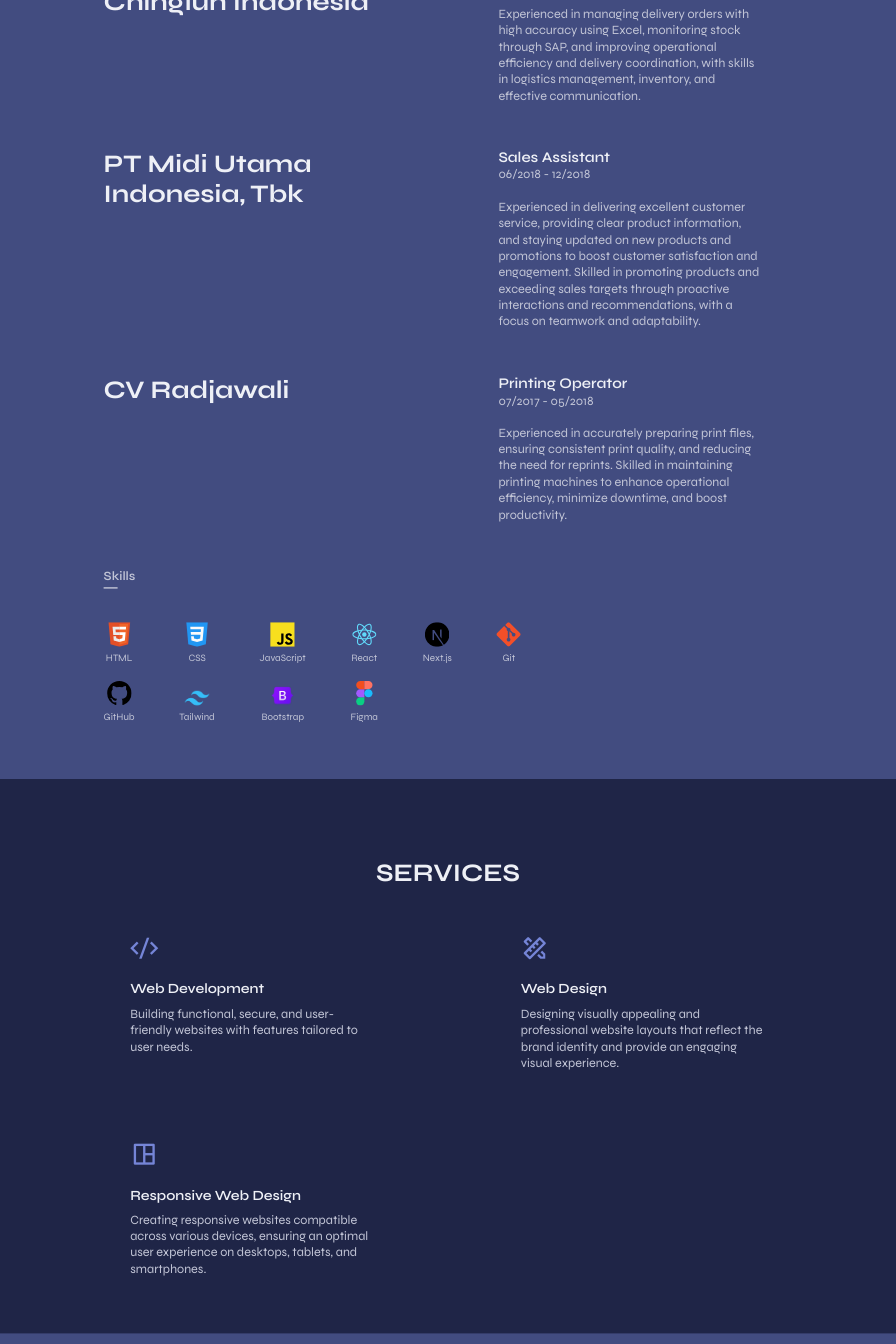
Repository: Ademaulana100499/amgrowth
Page: /
The author's editor kept a copy of each file at every save. The page is drawn from the files as they stood at one save, then again after the next save.
The browser window is 1280 px wide. The pictures show the part of the page from y = 4367 to 6287 px (the page is 7199 px tall), at 70% of full size.
Some web fonts or font styles are not loaded; a fallback is used. The project was rebuilt for these pictures with package versions that can differ from the ones it lists, and the page was loaded fresh each time. Also part of the build but not shown: vite.config.js.

Above is the page before, as saved 2025-02-19 15:15:05.

After the next save:
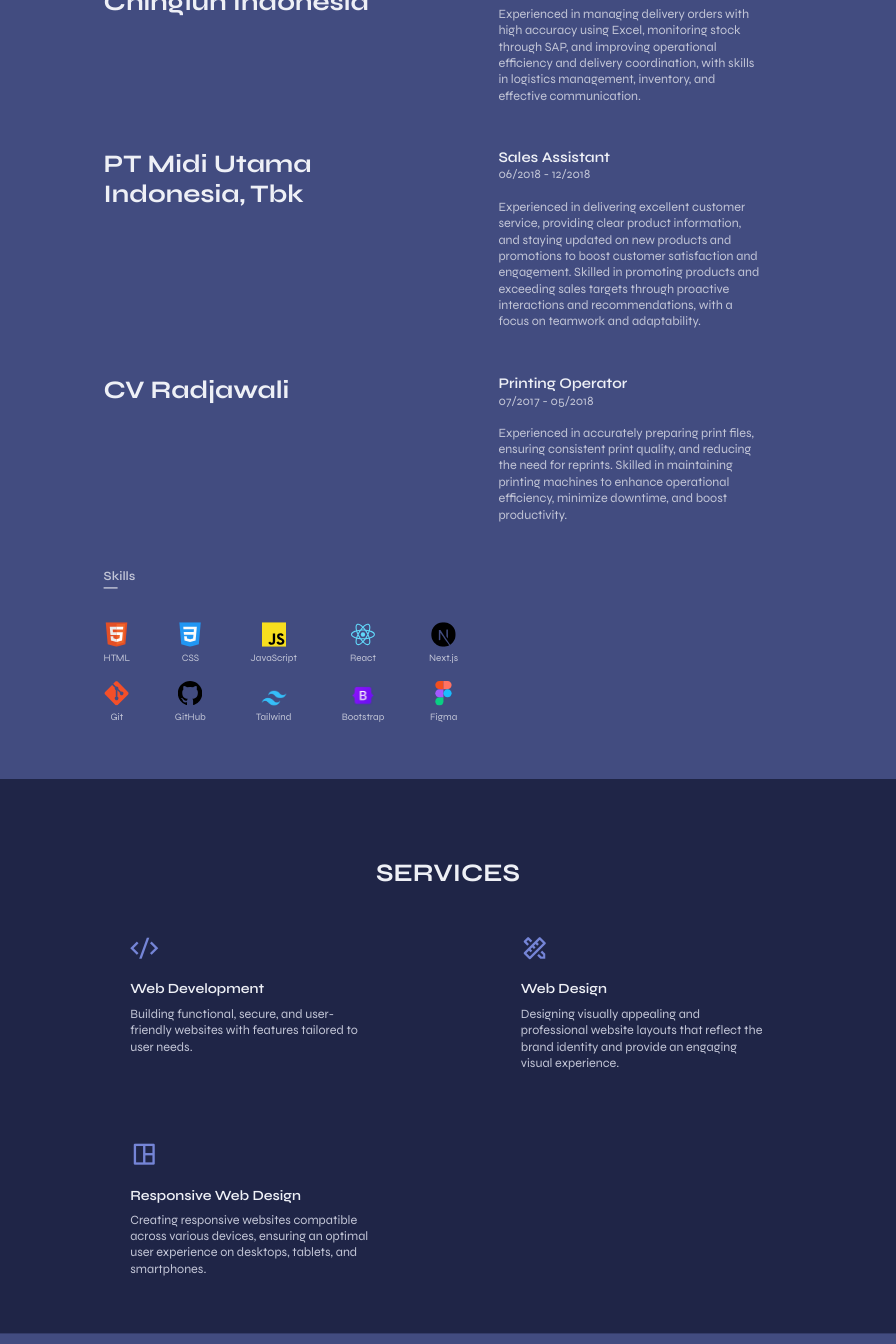
Saved 12 s later.
--- a/src/components/Info/style.css
+++ b/src/components/Info/style.css
@@ -181,6 +181,6 @@
     margin-bottom: 1.5rem;
   }
   .skills__content {
-    grid-template-columns: repeat(6, max-content);
+    grid-template-columns: repeat(5, max-content);
   }
 }
